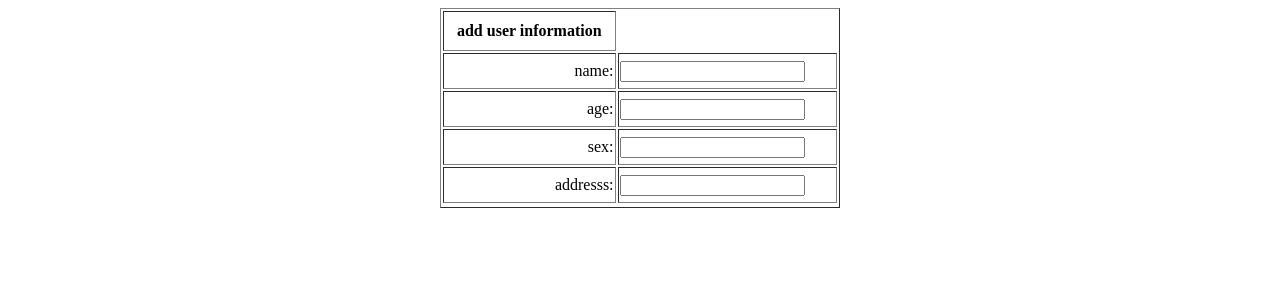
Repository: GetHubByYc/MyEclipse
Page: http://localhost/jsp_6/
These files come from the project's save history. The page is drawn as it stood at one moment and after the next save; the edit follows.
The browser window is 1280 px wide. The pictures show the whole page.
The page is served by Tomcat 9. Other server files are loaded and not shown.

Above is the page before, as saved 2015-11-09 04:56:34.

### jsp_6/WebRoot/index.jsp
<%@ page language="java" import="java.util.*" pageEncoding="ISO-8859-1"%>
<%
String path = request.getContextPath();
String basePath = request.getScheme()+"://"+request.getServerName()+":"+request.getServerPort()+path+"/";
%>

<!DOCTYPE HTML PUBLIC "-//W3C//DTD HTML 4.01 Transitional//EN">
<html>
  <head>
    <base href="<%=basePath%>">

    <title>My JSP 'index.jsp' starting page</title>
	<meta http-equiv="pragma" content="no-cache">
	<meta http-equiv="cache-control" content="no-cache">
	<meta http-equiv="expires" content="0">
	<meta http-equiv="keywords" content="keyword1,keyword2,keyword3">
	<meta http-equiv="description" content="This is my page">
	<!--
	<link rel="stylesheet" type="text/css" href="styles.css">
	-->
  </head>

  <body>
  	<form action='reg.jsp' method='post'>
  		<table align='center' width='400' height='200' border='1'>
  			<tr>
  				<td align='center' height='40'>
  					<b>add user information</b>
  				</td>
  			</tr>
  			<tr>
  				<td align='right'>name: </td>
  				<td>
  					<input type='text' name='name'>
  				</td>
  			</tr>
			<tr>
  				<td align='right'>age: </td>
  				<td>
  					<input type='text' name='age'>
  				</td>
  			</tr>
  			<tr>
  				<td align='right'>sex: </td>
  				<td>
  					<input type='text' name='sex'>
  				</td>
  			</tr>
  			<tr>
  				<td align='right'>addresss: </td>
  				<td>
  					<input type='text' name='addr'>
  				</td>
  			</tr>
  			<tr>
  				<td align='center' colspan='2>
  				</td>
  			</tr>
  		</table>
  	</form>
  </body>
</html>

After the next save:
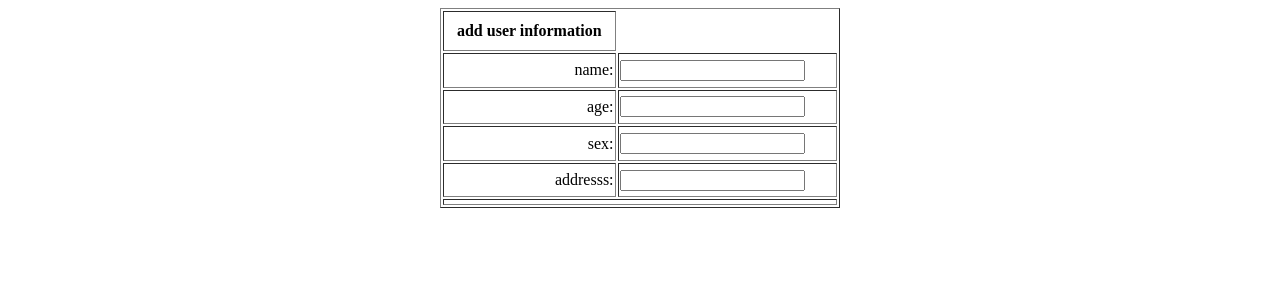
Saved 5 s later.
--- a/jsp_6/WebRoot/index.jsp
+++ b/jsp_6/WebRoot/index.jsp
@@ -53,7 +53,7 @@ String basePath = request.getScheme()+"://"+request.getServerName()+":"+request.
   				</td>
   			</tr>
   			<tr>
-  				<td align='center' colspan='2>
+  				<td align='center' colspan='2'>
   				</td>
   			</tr>
   		</table>
